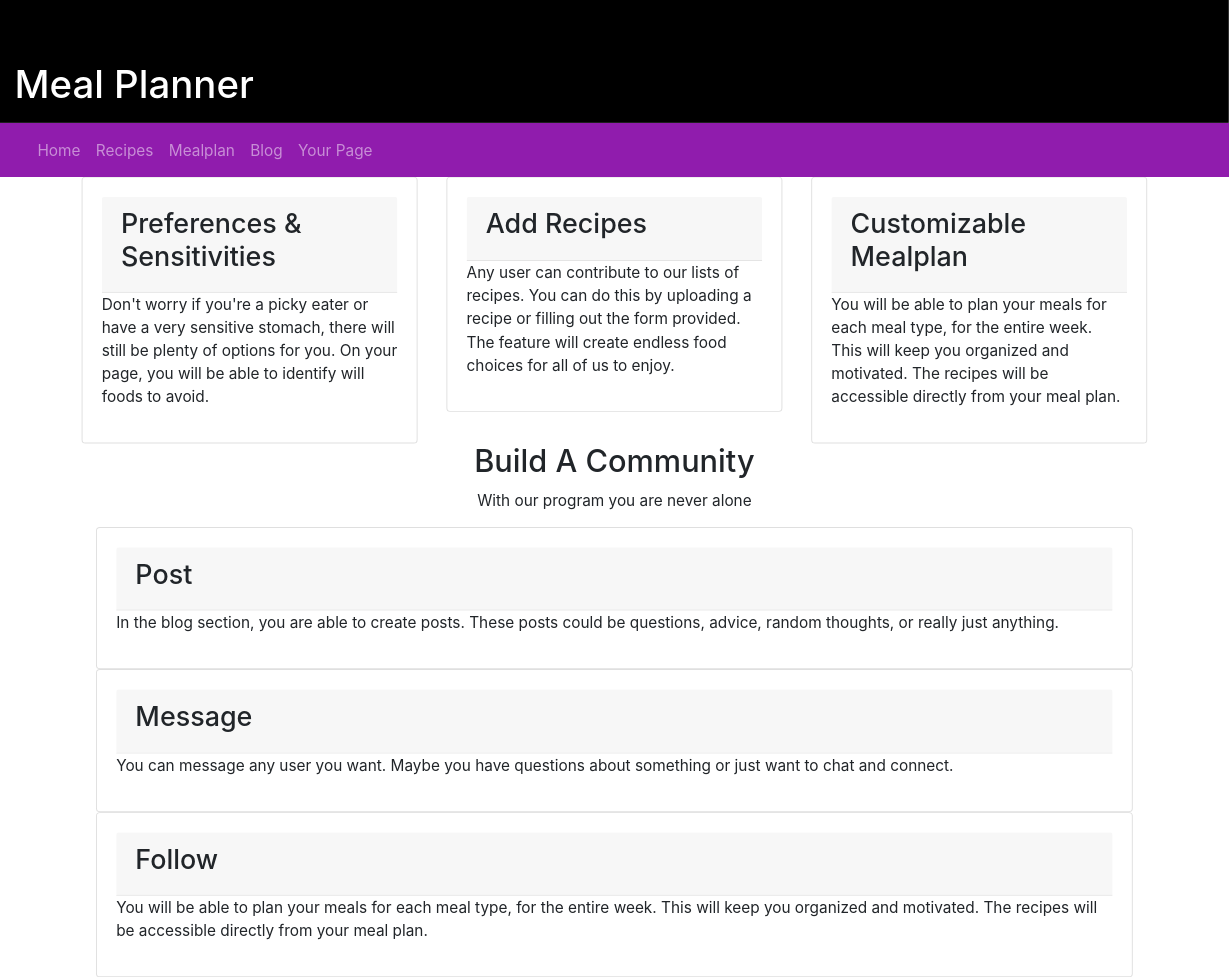
Repository: madisonisfan/mealplanner-react
Page: /
These files come from the project's save history. The page is drawn as it stood at one moment and after the next save; the edit follows.
The browser window is 1280 px wide. The pictures show the whole page, at 96% of full size.
The project was rebuilt for these pictures with package versions that can differ from the ones it lists, and the page was loaded fresh each time.

Above is the page before, as saved 2021-04-18 13:52:43.

After the next save:
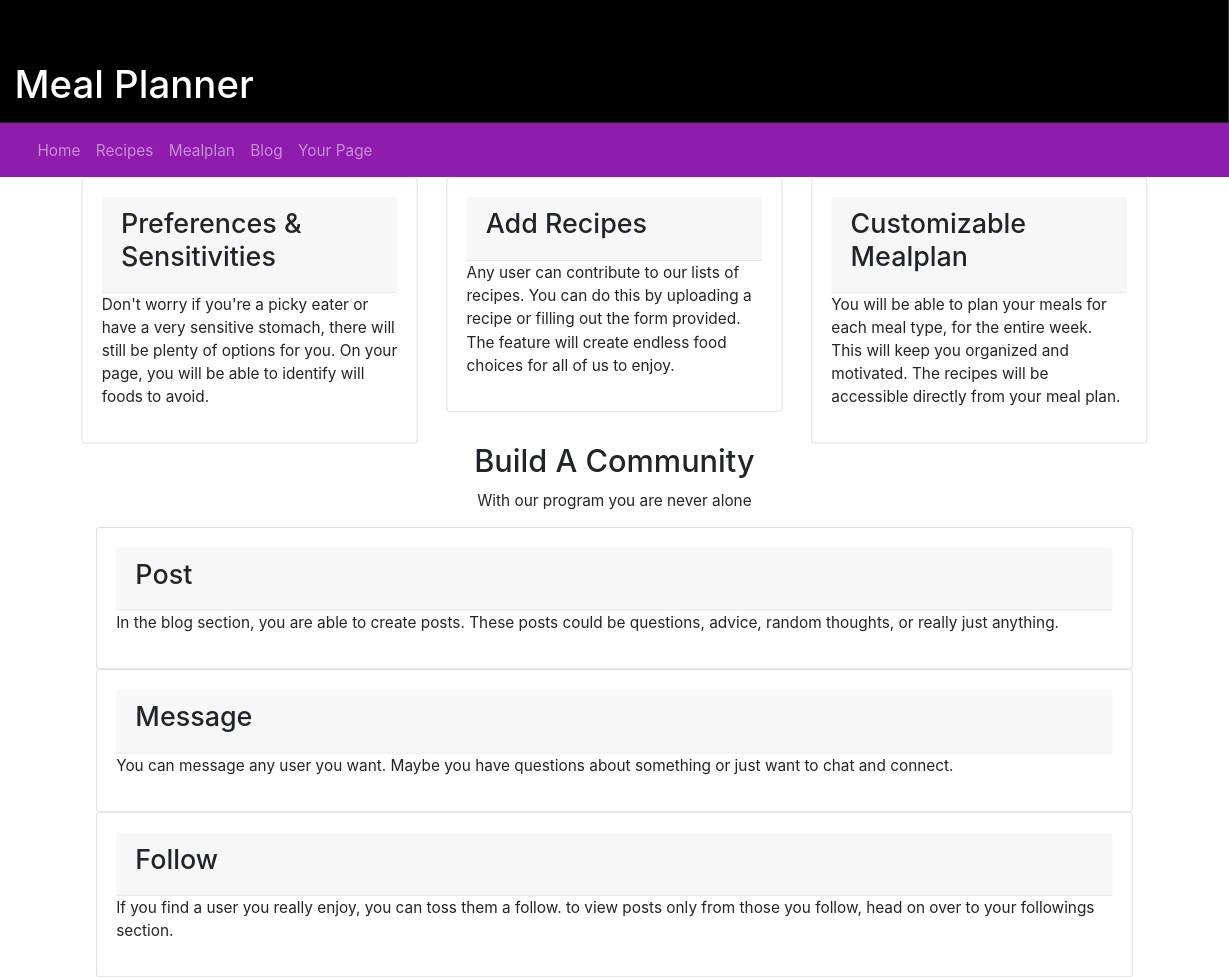
Saved 5 s later.
--- a/src/components/HomeComponent.js
+++ b/src/components/HomeComponent.js
@@ -95,9 +95,9 @@ function Home(props) {
               <h3>Follow</h3>
             </CardHeader>
             <p>
-              You will be able to plan your meals for each meal type, for the
-              entire week. This will keep you organized and motivated. The
-              recipes will be accessible directly from your meal plan.
+              If you find a user you really enjoy, you can toss them a follow.
+              to view posts only from those you follow, head on over to your
+              followings section.
             </p>
           </CardBody>
         </Card>
